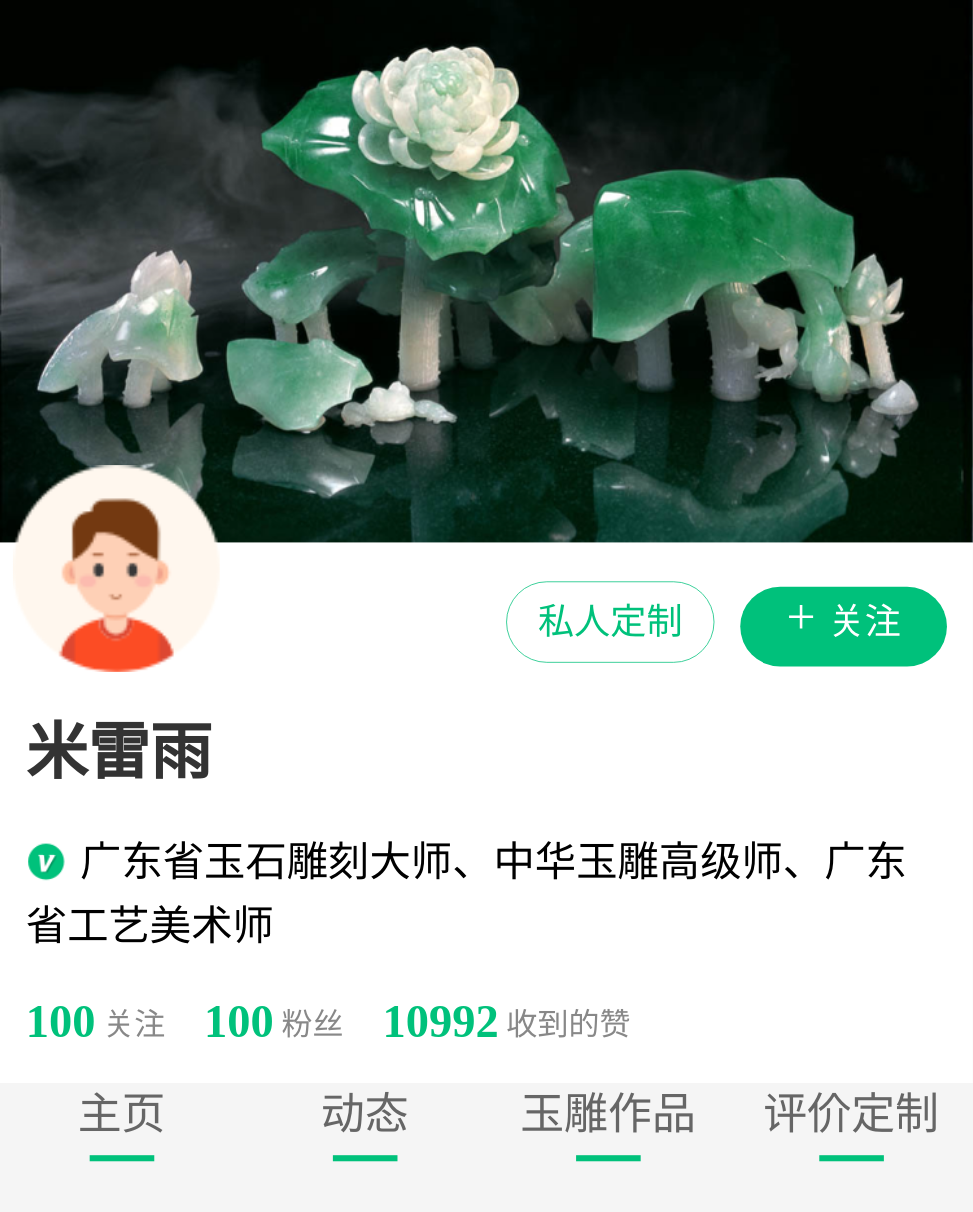
Repository: 1yanglulu/-
Page: html/jadecarvemaincenter.html
An editor plug-in stored every save of this project. The page is shown before and after the next save, followed by the edit.
The browser window is 1280 px wide. The pictures show the whole page, at 76% of full size.

Above is the page before, as saved 2020-01-07 15:25:42.

### html/jadecarvemaincenter.html
<!DOCTYPE html>
<html lang="en">
<head>
  <meta charset="UTF-8">
  <meta name="viewport" content="width=device-width, user-scalable=no, initial-scale=1.0, maximum-scale=1.0, minimum-scale=1.0">
  <meta http-equiv="X-UA-Compatible" content="ie=edge">
  <title>玉雕师详情</title>
  <link rel="stylesheet" href="../css/common.css">
  <link rel="stylesheet" href="../css/jadecarvemaincenter.css">
</head>
<body class="bac-color">
  <div class="jade-main-center  bac-color">
    <div class="top-banner">
      <img src="../images/mainbac.png" alt="" class="banner-bac">
    </div>
    <div class="avatar-box">
      <img src="../images/defaultImg.png" alt="" class="default-img">
      <div class="btn-box fn">
        <a href="javascript:void(0);" class="self-made">私人定制</a>
        <div class="follow-btn"><span class="add-icon">+</span>关注</div>
      </div>
      <div class="jade-name">
        米雷雨
      </div>
      <div class="jade-introduce fn">
        <img src="../images/vipicon.png" alt="vip" class="vip-icon">
        <span class="touxian">广东省玉石雕刻大师、中华玉雕高级师、广东省工艺美术师</span>
      </div>
      <div class="jade-hot-num">
        <span class="for-num">100</span>关注<span class="for-num">100</span>粉丝<span class="for-num">10992</span>收到的赞
      </div>
    </div>
    <div class="jade-tab clearfix">
      <div class="jade-tab-item fl  fn">
        <span>主页</span>
        <div class="tab-line"></div>
      </div>
      <div class="jade-tab-item fl  fn">
        <span>动态</span>
        <div class="tab-line"></div>
      </div>
      <div class="jade-tab-item fl  fn">
        <span>玉雕作品</span>
        <div class="tab-line"></div>
      </div>
      <div class="jade-tab-item fl  fn">
        <span>评价定制</span>
        <div class="tab-line"></div>
      </div>
    </div>
  </div>
  <script src="../js/jquery-3.3.1.min.js"></script>
  <script src="../js/rem.js"></script>
  <script src="../js/jadecarvemaincenter.js"></script>
  <script></script>
</body>
</html>

### css/common.css
h2,body,div,html,ul,li,a,img{
  margin: 0;
  padding: 0;
}
a,img{
  display:block;
}
.fn{
  font-size:0;
}
ul{
  margin-block-start: 0;
  margin-block-end: 0;
  padding-inline-start: 0;
}
ul li{
  list-style: none;
}
a{
  text-decoration: none;
}
.clearfix:after{/*伪元素是行内元素 正常浏览器清除浮动方法*/
  content: "";
  display: block;
  height: 0;
  clear:both;
  visibility: hidden;
}
.clearfix{
  *zoom: 1;/*ie6清除浮动的方式 *号只有IE6-IE7执行，其他浏览器不执行*/
}
.fl{
  float: left;
}
.fr{
  float:right;
}
.bac-color{
  /* background:rgb(248,248,248); */
  background: #f5f5f5;
}

### css/jadecarvemaincenter.css
.jade-main-center{
  width: 100%;
}
.top-banner{
  background: #fff;
}
.banner-bac{
  width: 100%;
  height: 4.2rem;
  display: block
}
.default-img{
  width: 1.6rem;
  height: 1.6rem;
}
.avatar-box{
  position: relative;
  background: #fff;
}
.default-img{
  position: absolute;
  left:.1rem;
  top:-.6rem;

}
.avatar-box{
  padding:0 .2rem 0.3rem;
}
.btn-box{
  text-align: right;
  padding: .3rem 0;
}
.self-made{
  display: inline-block;
  padding: 0 .24rem;
  text-align: center;
  line-height: .62rem;
  border: 1px solid #00C17B;
  border-radius:.33rem;
  background: #fff;
  font-size: .28rem;
  color: #00C17B;
  margin-right: .2rem;
}
.follow-btn{
  width: 1.6rem;
  height: .62rem;
  text-align: center;
  background: #00C17B;
  border-radius:.33rem;
  font-size: .28rem;
  color: #FFFFFF;
  display: inline-block;
}
.add-icon{
  font-size: .4rem;
  color: #FFFFFF;
  margin-right: .1rem;
}
.jade-name{
  font-size: .48rem;
  color: #333333;
  line-height: .58rem;
  text-align: left;
  margin-top: .08rem;
  font-weight: bold;
  margin-bottom: .3rem;
  background: #fff;
}
.jade-introduce{
  margin-bottom: .3rem;
  background: #fff;
}
.vip-icon{
  width: .32rem;
  height: .32rem;
  display: inline-block;
  margin-right: .1rem;
  vertical-align: middle;
}
.touxian{
  font-size: .32rem;
  color: #000000;
  line-height: .5rem;
  vertical-align: middle;
}
.jade-hot-num{
  font-size: .24rem;
  color: #888888;
  text-align: center;
  text-align: left;
  background: #fff;
}
.jade-hot-num .for-num{
  font-size: .36rem;
  color: #00C17B;
  text-align: center;
  font-weight: bold;
  margin-left: .3rem;
  vertical-align: bottom;
  line-height: 0.36rem;
  margin-right: .06rem;
}
.jade-hot-num .for-num:first-child{
  margin-left: 0;
}
.jade-tab{
  height: 1rem;
}
.jade-tab .jade-tab-item{
  width: 25%;
  height: 100%;
  text-align: center;
}
.jade-tab .jade-tab-item>span{
  display: block;
  height: 0.48rem;
  text-align: center;
  line-height: .48rem;
  margin-bottom: .08rem;
  font-size: .34rem;
  color: #666666;
}
.tab-line{
  width: .5rem;
  height: .05rem;
  background: #00C17B;
  display: inline-block;
}

### js/rem.js
(function (doc, win) {
    var docEl = doc.documentElement,
        resizeEvt = 'orientationchange' in window ? 'orientationchange' : 'resize',
        recalc = function () {
            var clientWidth = docEl.clientWidth;
            if (!clientWidth) return;
            docEl.style.fontSize =Math.floor(100*(clientWidth / 750))+ 'px';
        };
    if (!doc.addEventListener) return;
    win.addEventListener(resizeEvt, recalc, false);
    doc.addEventListener('DOMContentLoaded', recalc, false);
})(document,window);

Loaded but not shown: js/jquery-3.3.1.min.js (library); js/jadecarvemaincenter.js (no stored copy; drawn as an empty file)

After the next save:
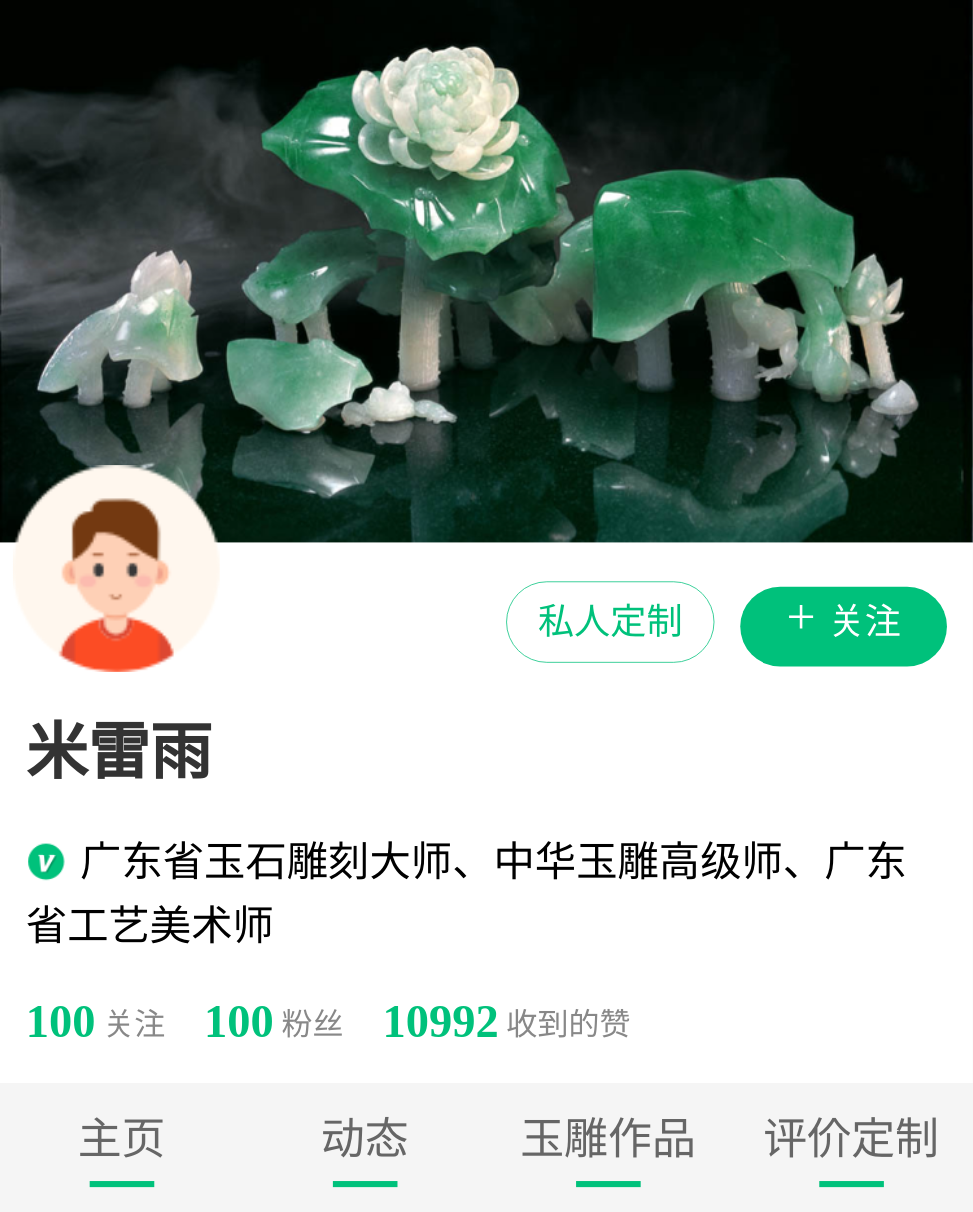
Saved 32 s later.
--- a/css/jadecarvemaincenter.css
+++ b/css/jadecarvemaincenter.css
@@ -111,6 +111,8 @@
   width: 25%;
   height: 100%;
   text-align: center;
+  padding-top: 0.2rem;
+  box-sizing: border-box;
 }
 .jade-tab .jade-tab-item>span{
   display: block;
